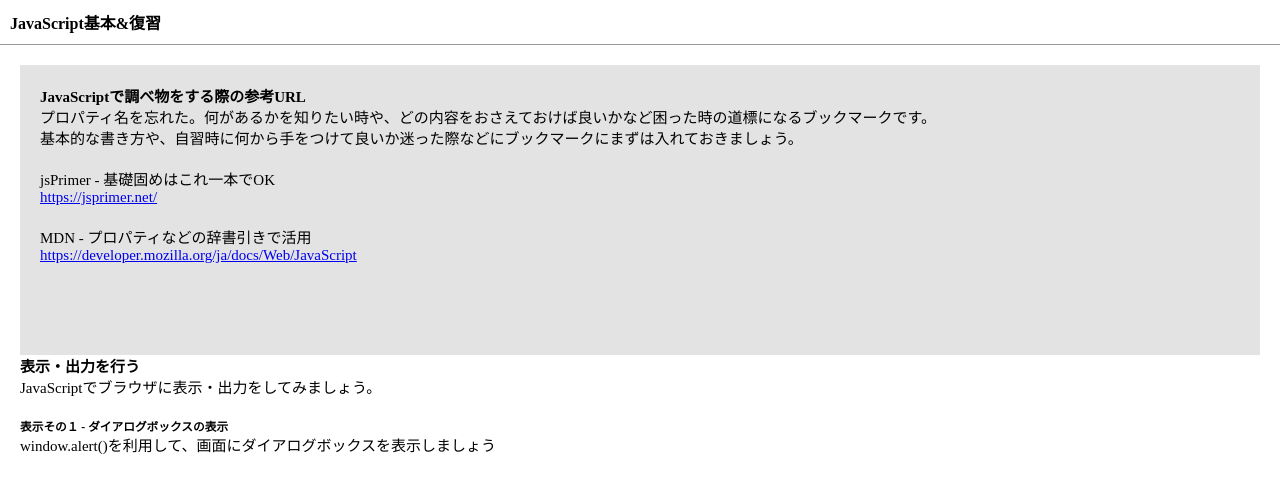
Repository: Yuto-Arakawa/study_js
Page: 01_basic/荒川/ara_basic01.html
The author's editor kept a copy of each file at every save. The page is drawn from the files as they stood at one save, then again after the next save.
The browser window is 1280 px wide. The pictures show the whole page.

Above is the page before, as saved 2026-11-06 14:56:56.

### 01_basic/荒川/ara_basic01.html
<!DOCTYPE html>
<html lang="ja">
<head>
  <meta charset="utf-8">
  <meta name="viewport" content="width=device-width, initial-scale=1">
  <meta name="color-scheme" content="light">
  <meta name="format-detection" content="telephone=no">
  <meta name="description" content="ここに説明文を設定">
  <title>ara_basic01</title>

  <!-- 共有用 OGP / X(Twitter) -->
  <meta property="og:site_name" content="サイト名">
  <meta property="og:title" content="サイトタイトル">
  <meta property="og:description" content="サイト説明文">
  <meta property="og:type" content="website">
  <meta property="og:url" content="https://hoge.ecc.com/">
  <meta property="og:image" content="https://hoge.ecc.com/ogp.png">
  <meta name="twitter:card" content="summary_large_image">
  <meta name="twitter:site" content="@twitteraccount">

  <!-- 正規URL -->
  <link rel="canonical" href="URL">
	<!-- 多言語サイト用 -->
	<!-- <link rel="alternate" hreflang="ja" href="URL"> -->

  <!-- アイコン（SVG優先、ICOフォールバック、Apple Touch） -->
  <link rel="icon" type="image/svg+xml" href="favicon.svg">
  <link rel="alternate icon" href="favicon.ico">
  <link rel="apple-touch-icon" href="apple-touch-icon.png" sizes="180x180">

  <!-- テーマカラー（PWAでなくてもアドレスバー色に反映） -->
  <meta name="theme-color" content="#FFFFFF">

	<!-- スタイルの読み込み -->
    <link rel="stylesheet" href="css/ress.css">
    <link rel="stylesheet" href="css/basic01.css">

</head>
<body>
    <header>
        <h1>JavaScript基本&復習</h1>
    </header>
    <main>
        <div class="reference">
            <h2>JavaScriptで調べ物をする際の参考URL</h2>
                <p>
                    プロパティ名を忘れた。何があるかを知りたい時や、どの内容をおさえておけば良いかなど困った時の道標になるブックマークです。<br>
                    基本的な書き方や、自習時に何から手をつけて良いか迷った際などにブックマークにまずは入れておきましょう。
                </p>

                <p>
                    jsPrimer - 基礎固めはこれ一本でOK<br>
                    <a href="https://jsprimer.net/" target="_blank">https://jsprimer.net/</a>
                </p>
                <p>
                    MDN - プロパティなどの辞書引きで活用<br>
                    <a href="https://developer.mozilla.org/ja/docs/Web/JavaScript" target="_blank">https://developer.mozilla.org/ja/docs/Web/JavaScript</a>
                </p>
        </div>
            <h2>表示・出力を行う</h2>
                <p>JavaScriptでブラウザに表示・出力をしてみましょう。</p>
            <h3>表示その１ - ダイアログボックスの表示</h3>
                <p>window.alert()を利用して、画面にダイアログボックスを表示しましょう</p>
    </main>
</body>
</html>

### 01_basic/荒川/css/ress.css
/* resset.dev • v6.0.0 */

/* # =================================================================
   # Global selectors
   # ================================================================= */

html {
  box-sizing: border-box;
  -webkit-text-size-adjust: 100%; /* Prevent adjustments of font size after orientation changes in iOS */
  word-break: normal;
  -moz-tab-size: 4;
  tab-size: 4;
}

*,
::before,
::after {
  background-repeat: no-repeat; /* Set `background-repeat: no-repeat` to all elements and pseudo elements */
  box-sizing: inherit;
}

::before,
::after {
  text-decoration: inherit; /* Inherit text-decoration and vertical align to ::before and ::after pseudo elements */
  vertical-align: inherit;
}

* {
  padding: 0; /* Reset `padding` and `margin` of all elements */
  margin: 0;
}

/* # =================================================================
   # General elements
   # ================================================================= */

hr {
  overflow: visible; /* Show the overflow in Edge and IE */
  height: 0; /* Add the correct box sizing in Firefox */
  color: inherit; /* Correct border color in Firefox. */
}

details,
main {
  display: block; /* Render the `main` element consistently in IE. */
}

summary {
  display: list-item; /* Add the correct display in all browsers */
}

small {
  font-size: 80%; /* Set font-size to 80% in `small` elements */
}

[hidden] {
  display: none; /* Add the correct display in IE */
}

abbr[title] {
  border-bottom: none; /* Remove the bottom border in Chrome 57 */
  /* Add the correct text decoration in Chrome, Edge, IE, Opera, and Safari */
  text-decoration: underline;
  text-decoration: underline dotted;
}

a {
  background-color: transparent; /* Remove the gray background on active links in IE 10 */
}

a:active,
a:hover {
  outline-width: 0; /* Remove the outline when hovering in all browsers */
}

code,
kbd,
pre,
samp {
  font-family: monospace, monospace; /* Specify the font family of code elements */
}

pre {
  font-size: 1em; /* Correct the odd `em` font sizing in all browsers */
}

b,
strong {
  font-weight: bolder; /* Add the correct font weight in Chrome, Edge, and Safari */
}

/* https://gist.github.com/unruthless/413930 */
sub,
sup {
  font-size: 75%;
  line-height: 0;
  position: relative;
  vertical-align: baseline;
}

sub {
  bottom: -0.25em;
}

sup {
  top: -0.5em;
}

table {
  border-color: inherit; /* Correct border color in all Chrome, Edge, and Safari. */
  text-indent: 0; /* Remove text indentation in Chrome, Edge, and Safari */
}

iframe {
  border-style: none;
}

/* # =================================================================
   # Accessibility
   # ================================================================= */

/* Specify the progress cursor of updating elements */
[aria-busy='true'] {
  cursor: progress;
}

/* Specify the pointer cursor of trigger elements */
[aria-controls] {
  cursor: pointer;
}

/* # =================================================================
   # Forms
   # ================================================================= */

input {
  border-radius: 0;
}

[type='number']::-webkit-inner-spin-button,
[type='number']::-webkit-outer-spin-button {
  height: auto; /* Correct the cursor style of increment and decrement buttons in Chrome */
}

[type='search'] {
  -webkit-appearance: textfield; /* Correct the odd appearance in Chrome and Safari */
  outline-offset: -2px; /* Correct the outline style in Safari */
}

[type='search']::-webkit-search-decoration {
  -webkit-appearance: none; /* Remove the inner padding in Chrome and Safari on macOS */
}

textarea {
  overflow: auto; /* Internet Explorer 11+ */
  resize: vertical; /* Specify textarea resizability */
}

button,
input,
optgroup,
select,
textarea {
  font: inherit; /* Specify font inheritance of form elements */
}

optgroup {
  font-weight: bold; /* Restore the font weight unset by the previous rule */
}

button {
  overflow: visible; /* Address `overflow` set to `hidden` in IE 8/9/10/11 */
}

button,
select {
  text-transform: none; /* Firefox 40+, Internet Explorer 11- */
}

/* Apply cursor pointer to button elements */
button,
[type='button'],
[type='reset'],
[type='submit'],
[role='button'] {
  cursor: pointer;
}

/* Remove inner padding and border in Firefox 4+ */
button::-moz-focus-inner,
[type='button']::-moz-focus-inner,
[type='reset']::-moz-focus-inner,
[type='submit']::-moz-focus-inner {
  border-style: none;
  padding: 0;
}

/* Replace focus style removed in the border reset above */
button:-moz-focusring,
[type='button']::-moz-focus-inner,
[type='reset']::-moz-focus-inner,
[type='submit']::-moz-focus-inner {
  outline: 1px dotted ButtonText;
}

button,
html [type='button'], /* Prevent a WebKit bug where (2) destroys native `audio` and `video`controls in Android 4 */
[type='reset'],
[type='submit'] {
  -webkit-appearance: button; /* Correct the inability to style clickable types in iOS */
}

/* Remove the default button styling in all browsers */
button,
input,
select,
textarea {
  background-color: transparent;
  border-style: none;
}

a:focus,
button:focus,
input:focus,
select:focus,
textarea:focus {
  outline-width: 0;
}

/* Style select like a standard input */
select {
  -moz-appearance: none; /* Firefox 36+ */
  -webkit-appearance: none; /* Chrome 41+ */
}

select::-ms-expand {
  display: none; /* Internet Explorer 11+ */
}

select::-ms-value {
  color: currentColor; /* Internet Explorer 11+ */
}

legend {
  border: 0; /* Correct `color` not being inherited in IE 8/9/10/11 */
  color: inherit; /* Correct the color inheritance from `fieldset` elements in IE */
  display: table; /* Correct the text wrapping in Edge and IE */
  max-width: 100%; /* Correct the text wrapping in Edge and IE */
  white-space: normal; /* Correct the text wrapping in Edge and IE */
  max-width: 100%; /* Correct the text wrapping in Edge 18- and IE */
}

::-webkit-file-upload-button {
  /* Correct the inability to style clickable types in iOS and Safari */
  -webkit-appearance: button;
  color: inherit;
  font: inherit; /* Change font properties to `inherit` in Chrome and Safari */
}

/* Replace pointer cursor in disabled, not-editable, or otherwise inoperable elements */
[disabled],
[aria-disabled='true'] {
  cursor: default;
}

/* # =================================================================
   # Specify media element style
   # ================================================================= */

img {
  border-style: none; /* Remove border when inside `a` element in IE 8/9/10 */
}

/* Add the correct vertical alignment in Chrome, Firefox, and Opera */
progress {
  vertical-align: baseline;
}

### 01_basic/荒川/css/basic01.css
html{
    font-size: 62.5%;
}

header{
    padding: 1rem;
    border-bottom: solid 1px #999;
    font-size: 8px;
}

main{
    padding: 20px;
    p{
        font-size: 15px;
        margin-bottom: 20px;
    }
}

.reference{
    padding: 20px;
    height: 290px;
    background-color: #e3e3e3;
}

After the next save:
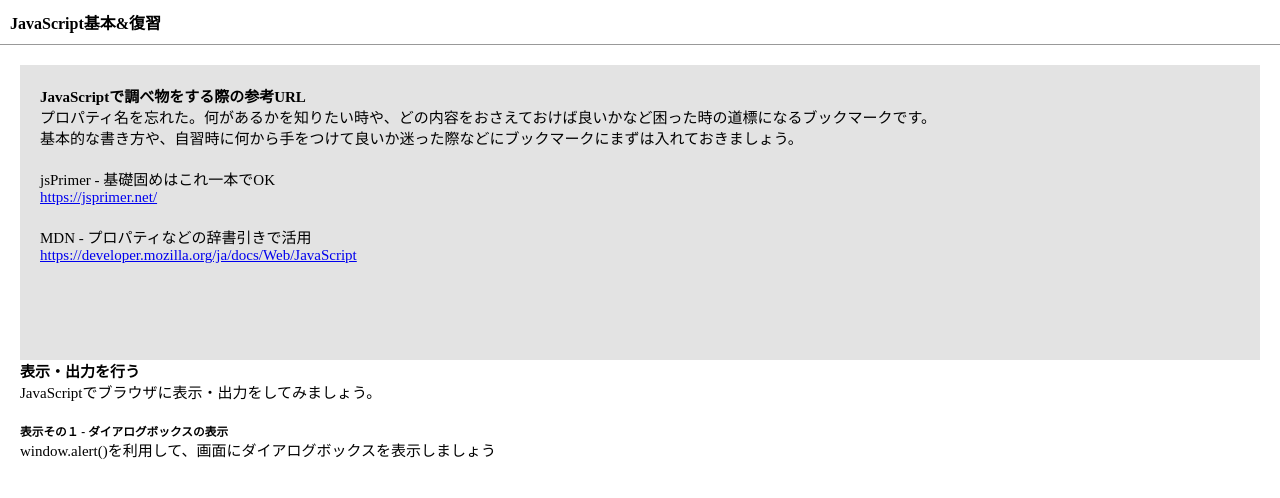
Saved 10 s later.
--- a/01_basic/荒川/css/basic01.css
+++ b/01_basic/荒川/css/basic01.css
@@ -18,6 +18,6 @@ main{
 
 .reference{
     padding: 20px;
-    height: 290px;
+    height: 295px;
     background-color: #e3e3e3;
 }
